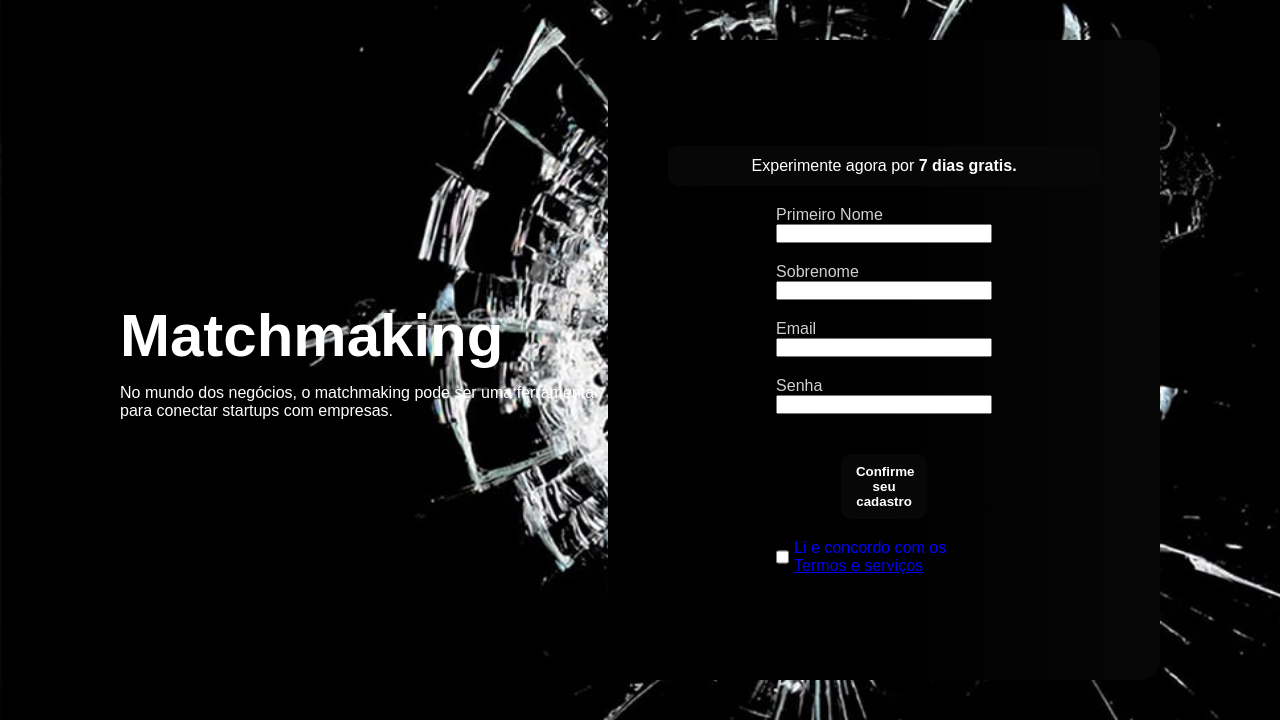
Repository: analessp/tela-login
Page: index.html
An editor plug-in stored every save of this project. The page is shown before and after a run of saves, followed by the edit.
The browser window is 1280 px wide. The pictures show the whole page.
Some web fonts or font styles are not loaded; a fallback is used.

Above is the page before, as saved 2025-04-16 12:01:56.

### index.html
<!DOCTYPE html>
<html lang="pt-br">
  <head>
    <meta charset="UTF-8" />
    <meta name="viewport" content="width=device-width, initial-scale=1.0" />
    <title>Tela de Login</title>
    <link rel="stylesheet" href="style.css" />
    <link rel="preconnect" href="https://fonts.googleapis.com" />
    <link rel="preconnect" href="https://fonts.gstatic.com" crossorigin />
    <link href="https://fonts.googleapis.com/css2?family=Nunito:ital,wght@0,200..1000;1,200..1000&family=Special+Gothic&display=swap" rel="stylesheet" />
  </head>
  <body>
    <main>
      <div class="container-left">
        <h1>Matchmaking</h1>
        <p>No mundo dos negócios, o matchmaking pode ser uma ferramenta para conectar startups com empresas.</p>
      </div>
      <div class="container-right">
        <a href="#" class="teste-gratis">
          <p>Experimente agora por <b>7 dias gratis.</b></p>
        </a>
        <div class="forms">
          <form>

            <div class="forms__info">
              <label for="name">
                <p>Primeiro Nome</p>
                <input id="name" type="text" />
              </label>
            </div>
            <div>
                <label for="lastname">
                    <p>Sobrenome</p>
                    <input id="lastname" type="text" />
                </label>
            </div>

            <div>
                <label for="email">
                    <p>Email</p>
                    <input id="email" type="email" />
                </label>
            </div>

            <div>
                <label for="password">
                    <p>Senha</p>
                    <input id="password" type="password" />
                </label>
            </div>

            <button type="submit">
                <p>Confirme seu cadastro</p>
            </button>
            <div class="terms">
                <input type="checkbox">
                <p>
                    Li e concordo com os <a href="#">Termos e serviços</a>
                </p>
            </div>
          </form>
        </div>
      </div>
    </main
  </body>
</html>

### style.css
* {
    margin: 0;
    padding: 0;
    box-sizing: border-box;
    width: 100%;
    font-family: "Special Gothic", sans-serif;
}

main {
    display: flex;
    background-image: url("./assets/background.jpg");
    background-repeat: no-repeat center center;
    background-size: cover;
    display: flex;
    height: 100vh;
    z-index: 0;
    padding: 40px 120px;
}

&::after {
    content: "";
    background: #1e130c;
    position: absolute;
    top: 0;
    left: 0;
    opacity: 0.9;
    width: 100%;
    height: 100%;
    z-index: -1;
}

.container-left {
    color: white;
    display: flex;
    justify-content: center;
    flex-direction: column;
    gap: 14px;
}

.container-left h1 {
    font-size: 60px;

    &:hover::after{
        cursor: pointer;
        content: "";
        position: absolute;
        bottom: 350px;
        left: 120px;
        background-color: #d0d0d0;
        height: 4px;
        width: 420px;
        transition-duration: 800ms;
        animation-name: left-to-right;
        animation-duration: 620ms;
        animation-iteration-count: 1;
        }
}

.container-right {
    background: #080707;
    background: linear-gradient(90deg, rgb(1, 1, 1) 0%, rgb(0, 0, 0) 50%, rgba(8, 7, 7, 1) 100%);
    display: flex;
    flex-direction: column;
    justify-content: center;
    align-items: center;
    padding: 0 60px;
    border-radius: 20px;
}

.teste-gratis {
    display: flex;
    justify-content: center;
    align-items: center;
    text-align: center;
    width: 100%;
    max-width: 460px;
    height: 40px;
    background-color: #080707;
    text-decoration: none;
    color: white;
    border-radius: 10px;
    margin-bottom: 20px;
}

.teste-gratis p{
text-align: center;
}

.forms {
    width: 50%;
}

.forms form{
    display: flex;
    flex-direction: column;
    gap: 20px;
    color: #d0d0d0;
}

.forms button {
    cursor: pointer;
    margin-top: 20px;
    border-radius: 10px;
    padding: 10px 15px;
    background-color: #080707;
    color: #fff;
    width: 40%;
    align-self: center;
    border: 0px;
    box-shadow: 1px 0.2px 0.5px #030303;
    font-weight: 580;
    transition-duration: 500ms;

    &:hover {
        transform: translate(300px)
    }
}

.terms {
    display: flex;
    justify-content: center;
    gap: 5px;
}

.terms input {
    width: fit-content;

}

.terms p {
    width: fit-content;
    color: blue;
}

@keyframes left-to-right {
0% {
    width: 0;
}
100% {
    width: 400px;
}
}

After the next 2 saves:
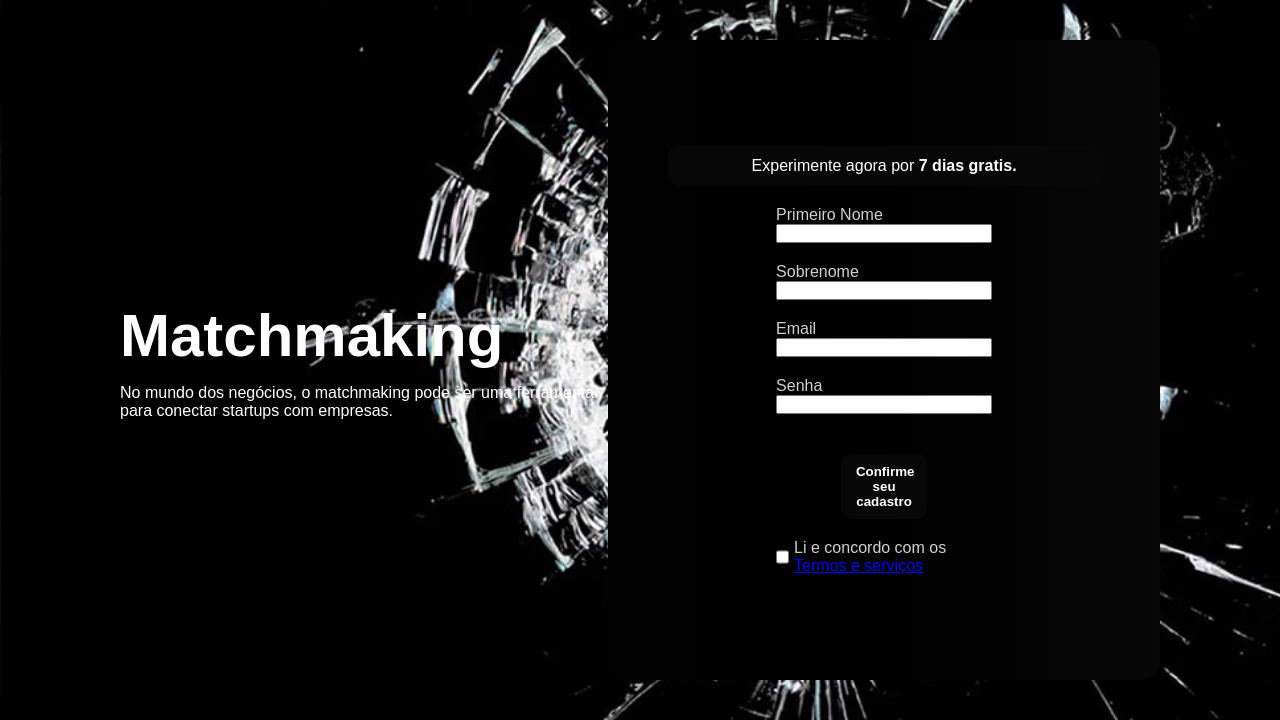
The 2 saves are shown as one change because they came seconds apart.
The last was saved 14 s later.
--- a/style.css
+++ b/style.css
@@ -129,7 +129,7 @@ text-align: center;
 
 .terms p {
     width: fit-content;
-    color: blue;
+    color: #d0d0d0;
 }
 
 @keyframes left-to-right {
